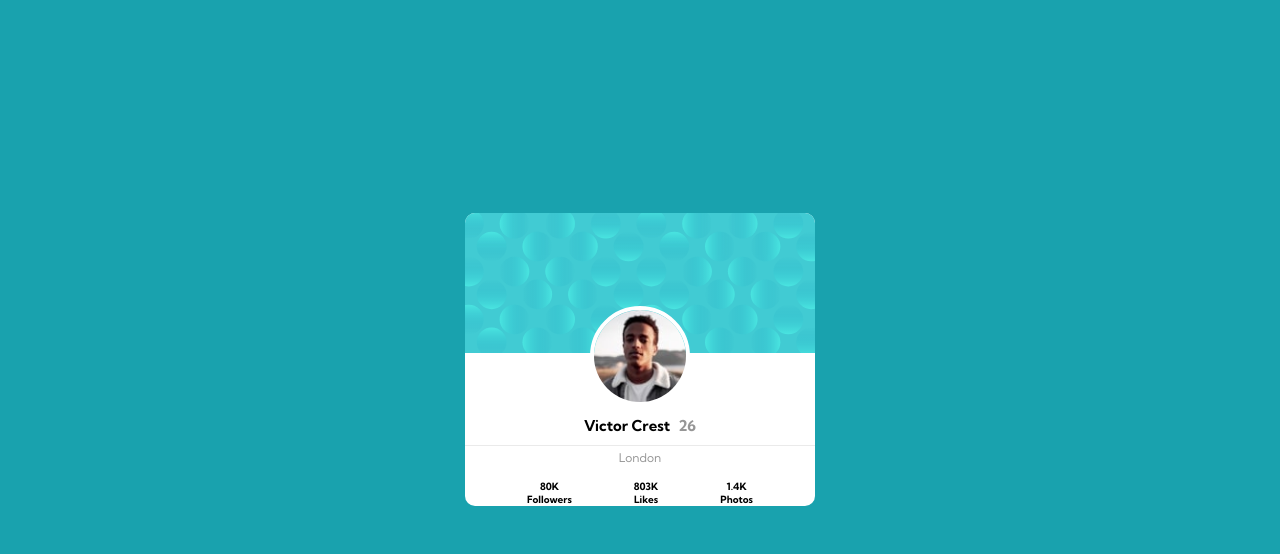
Repository: thaibaocoder1/profile-card-component-main
Page: index.html
These files come from the project's save history. The page is drawn as it stood at one moment and after the next save; the edit follows.
The browser window is 1280 px wide. The pictures show the whole page.

Above is the page before, as saved 2023-01-11 14:06:29.

### index.html
<!DOCTYPE html>
<html lang="en">
<head>
  <meta charset="UTF-8">
  <meta name="viewport" content="width=device-width, initial-scale=1.0">
  <link rel="icon" type="image/png" sizes="32x32" href="./images/favicon-32x32.png">
  <link rel="preconnect" href="https://fonts.googleapis.com">
  <link rel="preconnect" href="https://fonts.gstatic.com" crossorigin>
  <link href="https://fonts.googleapis.com/css2?family=Kumbh+Sans:wght@400;700&display=swap" rel="stylesheet">
  <title>Frontend Mentor | Profile card component</title>
  <link rel="stylesheet" href="./style.css">
  <!-- Feel free to remove these styles or customise in your own stylesheet 👍 -->
  <style>
    .attribution { font-size: 11px; text-align: center; }
    .attribution a { color: hsl(228, 45%, 44%); }
  </style>
</head>
<body>
  <main class="card">
    <section class="card__wrapper">
      <img src="./images/bg-pattern-card.svg" alt="">
      <section class="card__content">
        <img src="./images/image-victor.jpg" alt="">
        <h2 class="card__bottom--heading">Victor Crest <span>26</span></h2>
        <p class="card__bottom--address">London</p>
        <section class="footer">
            <div class="card__bottom--item">
              <p>80K</p>
              <span>Followers</span>
            </div>
            <div class="card__bottom--item">
              <p>803K</p>
              <span>Likes</span>
            </div>
            <div class="card__bottom--item">
              <p>1.4K</p>
              <span>Photos</span>
            </div>
        </section>
      </section>
    </section>
  </main>
  <!-- <div class="attribution">
    Challenge by <a href="https://www.frontendmentor.io?ref=challenge" target="_blank">Frontend Mentor</a>.
    Coded by <a href="#">Your Name Here</a>.
  </div> -->
</body>
</html>

### style.css
@import url('https://fonts.googleapis.com/css2?family=Kumbh+Sans:wght@400;700&display=swap');
* {
    margin: 0;
    padding: 0;
    box-sizing: border-box;
    border: none;
    outline: none;
}
html {
    font-size: 62.5%;
}
body {
    text-rendering: optimizeLegibility;
    scroll-behavior: smooth;
    font-family: 'Kumbh Sans', sans-serif;
    display: flex;
    align-items: center;
    justify-content: center;
    background-color: var(--dark-cyan);
    height: calc(100vh - 1px)
}
:root {
    --dark-cyan: hsl(185, 75%, 39%);
    --very-dark-blue: hsl(229, 23%, 23%);
    --dark-blue: hsl(227, 10%, 46%);
    --dark-grey: hsl(0, 0%, 59%);
}
.card {
    margin: 0 auto;
    text-align: center;
}
.card__wrapper {
    max-width: 420px;
    background-color: #fff;
    border-radius: 1rem;
    overflow: hidden;
    margin: 1rem;
}
.card__content {
    position: relative;
    padding-top: 6rem;
}
.card__content img {
    width: 10rem;
    height: 10rem;
    border-radius: 50%;
    border: 4px solid #fff;
    position: absolute;
    top: 0;
    left: 50%;
    transform: translate(-50%, -50%);
}
.card__content {
    font-weight: bold;
}
.card__content .card__bottom--heading span {
    color: var(--dark-grey);
    font-weight: 600;
    margin-left: 0.5rem;
}
.card__content .card__bottom--address {
    color: var(--dark-grey);
    padding-block: 1.5rem;
    font-size: 1.2rem;
    font-weight: 500;
}
.card__content::before {
    content: "";
    width: 100%;
    height: 1px;
    background-color: var(--dark-grey);
    opacity: 0.2;
    position: absolute;
    left: 0;
    bottom: 6rem;
}
.footer {
    display: flex;
    justify-content: space-evenly;
}

After the next save:
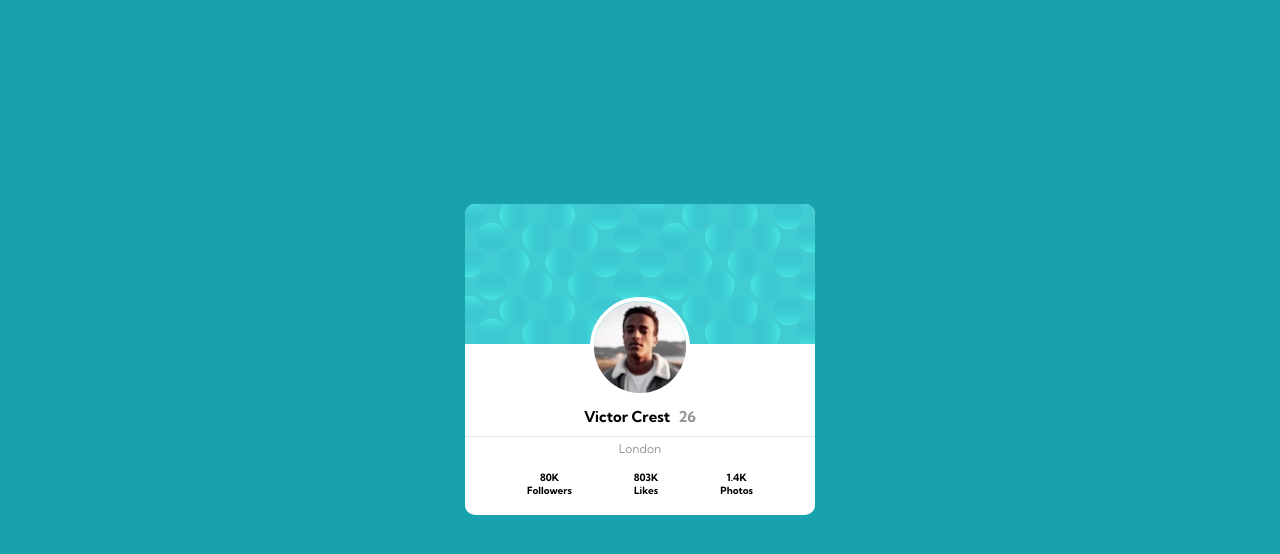
Saved 17 s later.
--- a/style.css
+++ b/style.css
@@ -77,4 +77,5 @@ body {
 .footer {
     display: flex;
     justify-content: space-evenly;
+    margin-bottom: 1.8rem;
 }
